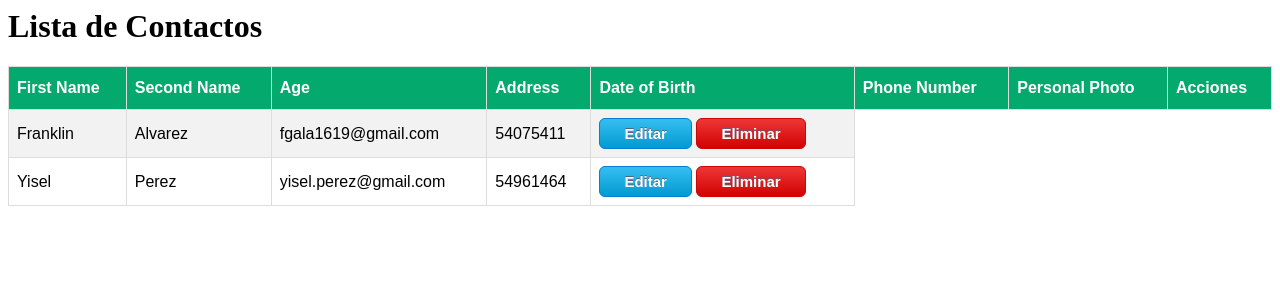
Repository: fgala1619/frontSistGestionBank
Page: index.html
These files come from the project's save history. The page is drawn as it stood at one moment and after the next save; the edit follows.
The browser window is 1280 px wide. The pictures show the whole page.

Above is the page before, as saved 2023-07-26 12:32:08.

### index.html
<link rel="stylesheet" href="style.css" />

<h1>Lista de Contactos</h1>

<table id="customers">
    <tr>
        <th>First Name</th>
        <th>Second Name</th>
        <th>Age</th>
        <th>Address</th>
        <th>Date of Birth</th>
        <th>Phone Number</th>
        <th>Personal Photo</th>
        <th>Acciones</th>
    </tr>

    <tr>
        <td>Franklin</td>
        <td>Alvarez</td>
        <td>fgala1619@gmail.com</td>
        <td>54075411</td>
        <td>
            <a href="#" class="myButton">Editar</a>
            <a href="#" class="btnDelete">Eliminar</a>
        </td>
    </tr>

    <tr>
        <td>Yisel</td>
        <td>Perez</td>
        <td>yisel.perez@gmail.com</td>
        <td>54961464</td>
        <td>
            <a href="#" class="myButton">Editar</a>
            <a href="#" class="btnDelete">Eliminar</a>
        </td>
    </tr>
</table>

### style.css
#customers {
        font-family: Arial, Helvetica, sans-serif;
        border-collapse: collapse;
        width: 100%;
    }

    #customers td, #customers th {
        border: 1px solid #ddd;
        padding: 8px;
    }

    #customers tr:nth-child(even){background-color: #f2f2f2;}
    #customers tr:hover{background-color:#ddd;}

    #customers th{
        padding-top: 12px;
        padding-bottom: 12px;
        text-align: left;
        background-color: #04AA6D;
        color: white;
    }

    .myButton{
        box-shadow: 0px 1px 0px 0px #f0f7fa;
        background: linear-gradient(to bottom, #33bdef 5%, #019ad2 100%);
        background-color:#33bdef;
        border-radius: 6px;
        border: 1px solid #057fd0;
        display: inline-block;
        cursor: pointer;
        color: #ffffff;
        font-family: Arial;
        font-size: 15px;
        font-weight: bold;
        padding: 6px 24px;
        text-decoration: none;
        text-shadow: 0px -1px 0px #5b6178;
    }
    .myButton:hover{
        background: linear-gradient(to bottom, #019ad2 5%, #33bdef 100%);
        background-color:#019ad2;
    }
    .myButton:active{
        position: relative;
        top: 1px;
    }

    .btnDelete{
        box-shadow: 0px 1px 0px 0px #f0f7fa;
        background: linear-gradient(to bottom, #ed3434 5%, #d10202 100%);
        background-color:#ed3434;
        border-radius: 6px;
        border: 1px solid #cf0606;
        display: inline-block;
        cursor: pointer;
        color: #ffffff;
        font-family: Arial;
        font-size: 15px;
        font-weight: bold;
        padding: 6px 24px;
        text-decoration: none;
        text-shadow: 0px -1px 0px #5b6178;
    }
    .btnDelete:hover{
        background: linear-gradient(to bottom, #d10202 5%, #ed3434 100%);
        background-color:#d10202;
    }
    .btnDelete:active{
        position: relative;
        top: 1px;
    }

After the next save:
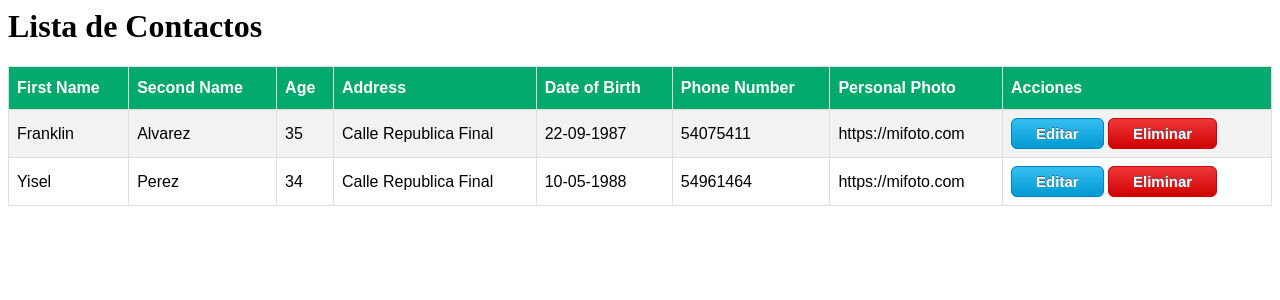
Saved 5 min 24 s later.
--- a/index.html
+++ b/index.html
@@ -17,8 +17,11 @@
     <tr>
         <td>Franklin</td>
         <td>Alvarez</td>
-        <td>fgala1619@gmail.com</td>
+        <td>35</td>
+        <td>Calle Republica Final</td>
+        <td>22-09-1987</td>
         <td>54075411</td>
+        <td>https://mifoto.com</td>
         <td>
             <a href="#" class="myButton">Editar</a>
             <a href="#" class="btnDelete">Eliminar</a>
@@ -28,8 +31,11 @@
     <tr>
         <td>Yisel</td>
         <td>Perez</td>
-        <td>yisel.perez@gmail.com</td>
+        <td>34</td>
+        <td>Calle Republica Final</td>
+        <td>10-05-1988</td>
         <td>54961464</td>
+        <td>https://mifoto.com</td>
         <td>
             <a href="#" class="myButton">Editar</a>
             <a href="#" class="btnDelete">Eliminar</a>
